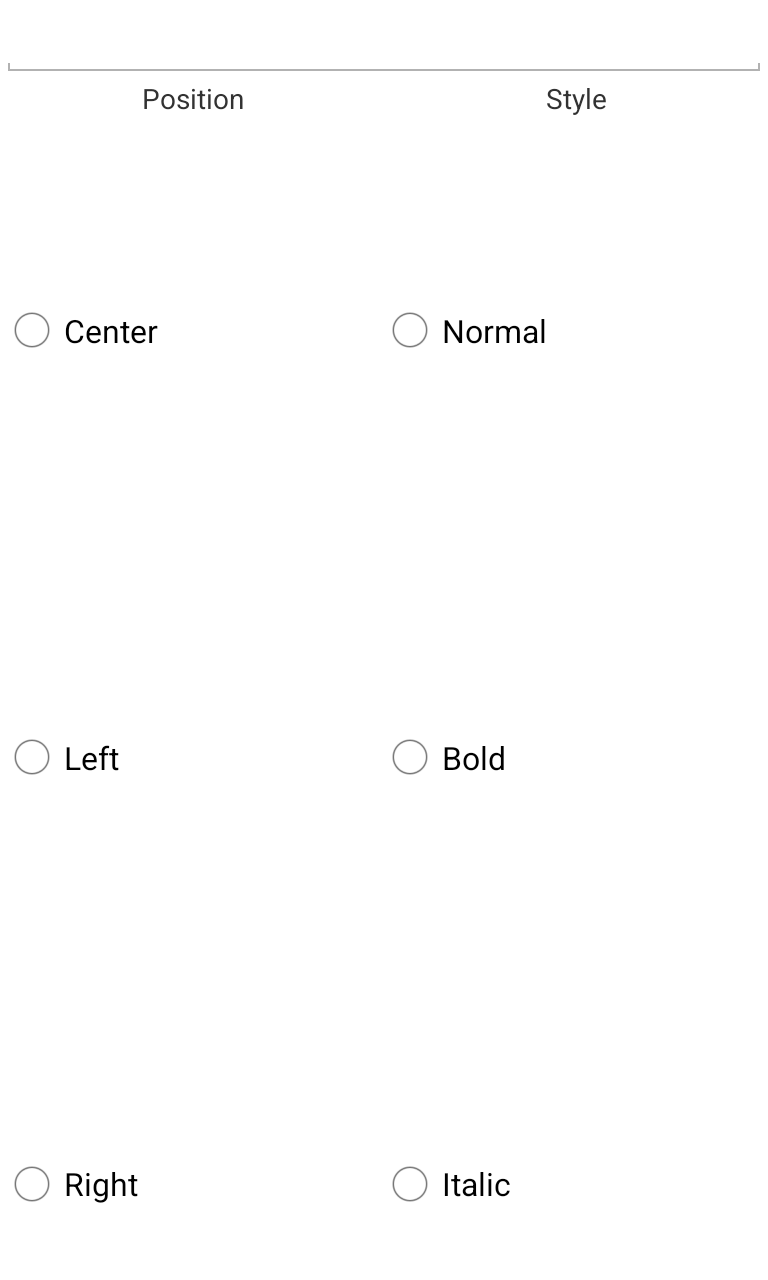
Repository: IgnacioRV/AndroidDev
Layout: ProjectYasuo/res/layout/adv_screen.xml
An editor plug-in stored every save of this project. The layout is shown before and after the next save, followed by the edit.
It is drawn on a 768 x 1280 px phone screen (xhdpi) without system bars, with theme AppTheme; the app's code is not run.

Above is the layout before, as saved 2016-01-26 23:58:29.

### ProjectYasuo/res/layout/adv_screen.xml
<?xml version="1.0" encoding="utf-8"?>
<LinearLayout xmlns:android="http://schemas.android.com/apk/res/android"
    android:layout_width="match_parent"
    android:layout_height="match_parent"
    android:layout_marginTop="20dp"
    android:orientation="vertical" >

    <EditText
        android:id="@+id/editText1"
        android:layout_width="match_parent"
        android:layout_height="wrap_content"
        android:text=" " />

    <LinearLayout
        android:layout_width="match_parent"
        android:layout_height="wrap_content"
        android:orientation="horizontal"
        android:weightSum="2" >

        <TextView
            android:id="@+id/textView2"
            android:layout_width="fill_parent"
            android:layout_height="wrap_content"
            android:layout_weight="1"
            android:gravity="center"
            android:text="Position" />

        <TextView
            android:id="@+id/textView1"
            android:layout_width="fill_parent"
            android:layout_height="wrap_content"
            android:layout_weight="1"
            android:gravity="center"
            android:text="Style" />
    </LinearLayout>
     <TextView
        android:id="@+id/tvChange"
        android:layout_width="fill_parent"
        android:layout_height="wrap_content"
        android:layout_weight="1"
        android:text="HELOOO" />
    <LinearLayout
        android:layout_width="match_parent"
        android:layout_height="fill_parent"
        android:orientation="horizontal"
        android:weightSum="2" >

        <RadioGroup
            android:layout_width="wrap_content"
            android:layout_height="fill_parent"
            android:layout_weight="1"
            android:orientation="vertical"
            android:id="@+id/rg">

            <RadioButton
                android:id="@+id/rbCenter"
                android:layout_width="wrap_content"
                android:layout_height="fill_parent"
                android:layout_weight="1"
                android:text="Center" />

            <RadioButton
                android:id="@+id/rbLeft"
                android:layout_width="wrap_content"
                android:layout_height="fill_parent"
                android:layout_weight="1"
                android:text="Left" />

            <RadioButton
                android:id="@+id/rbRight"
                android:layout_width="wrap_content"
                android:layout_height="fill_parent"
                android:layout_weight="1"
                android:text="Right" />
        </RadioGroup>

        <RadioGroup
            android:layout_width="wrap_content"
            android:layout_height="fill_parent"
            android:layout_weight="1"
            android:orientation="vertical"
            android:id="@+id/rs" >

            <RadioButton
                android:id="@+id/rbNormal"
                android:layout_width="wrap_content"
                android:layout_height="fill_parent"
                android:layout_weight="1"
                android:text="Normal" />

            <RadioButton
                android:id="@+id/rbBold"
                android:layout_width="wrap_content"
                android:layout_height="fill_parent"
                android:layout_weight="1"
                android:text="Bold" />

            <RadioButton
                android:id="@+id/rbItalic"
                android:layout_width="wrap_content"
                android:layout_height="fill_parent"
                android:layout_weight="1"
                android:text="Italic" />
        </RadioGroup>
    </LinearLayout>



</LinearLayout>

Loaded but not shown: ProjectYasuo/res/values/styles.xml (common file); ProjectYasuo/res/values-v11/styles.xml (common file); ProjectYasuo/res/values-v14/styles.xml (common file)

After the next save:
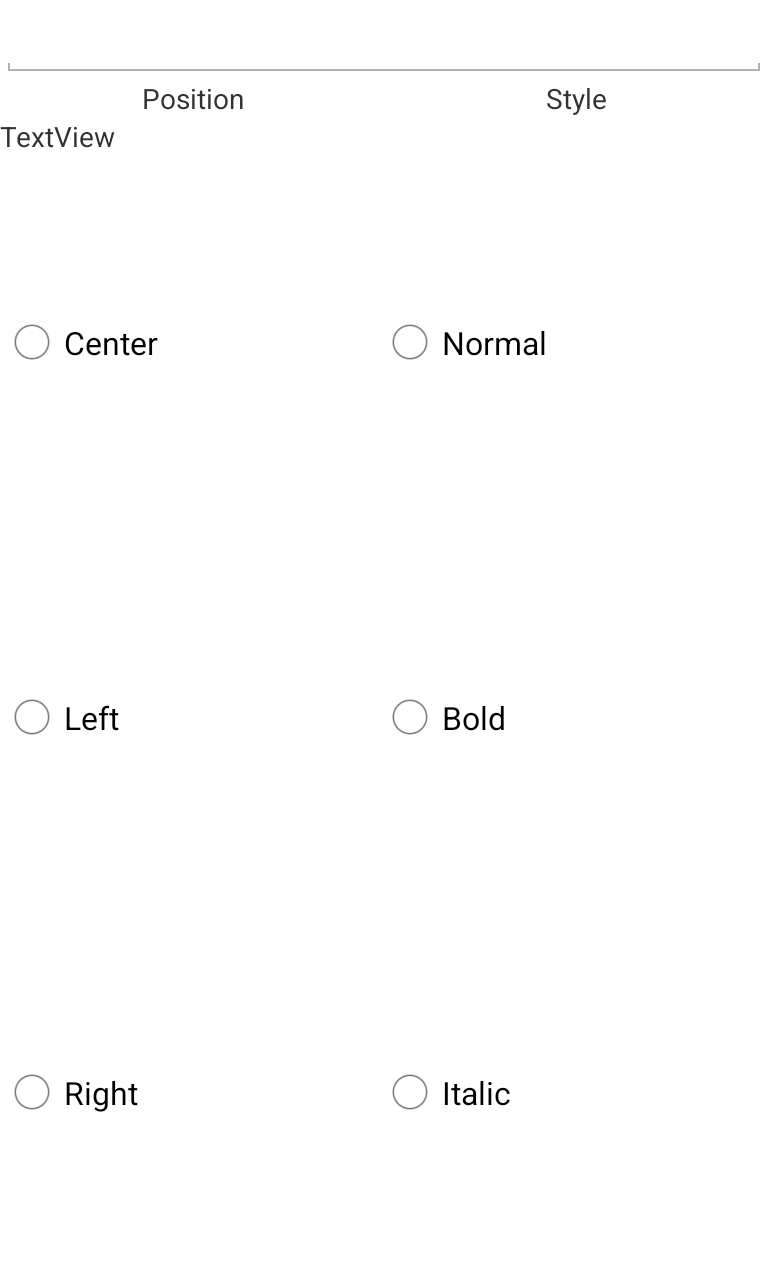
Saved 61 s later.
--- a/ProjectYasuo/res/layout/adv_screen.xml
+++ b/ProjectYasuo/res/layout/adv_screen.xml
@@ -33,12 +33,12 @@
             android:gravity="center"
             android:text="Style" />
     </LinearLayout>
-     <TextView
-        android:id="@+id/tvChange"
-        android:layout_width="fill_parent"
-        android:layout_height="wrap_content"
-        android:layout_weight="1"
-        android:text="HELOOO" />
+    <TextView
+         android:id="@+id/textView3"
+         android:layout_width="wrap_content"
+         android:layout_height="wrap_content"
+         android:text="TextView" />
+
     <LinearLayout
         android:layout_width="match_parent"
         android:layout_height="fill_parent"
